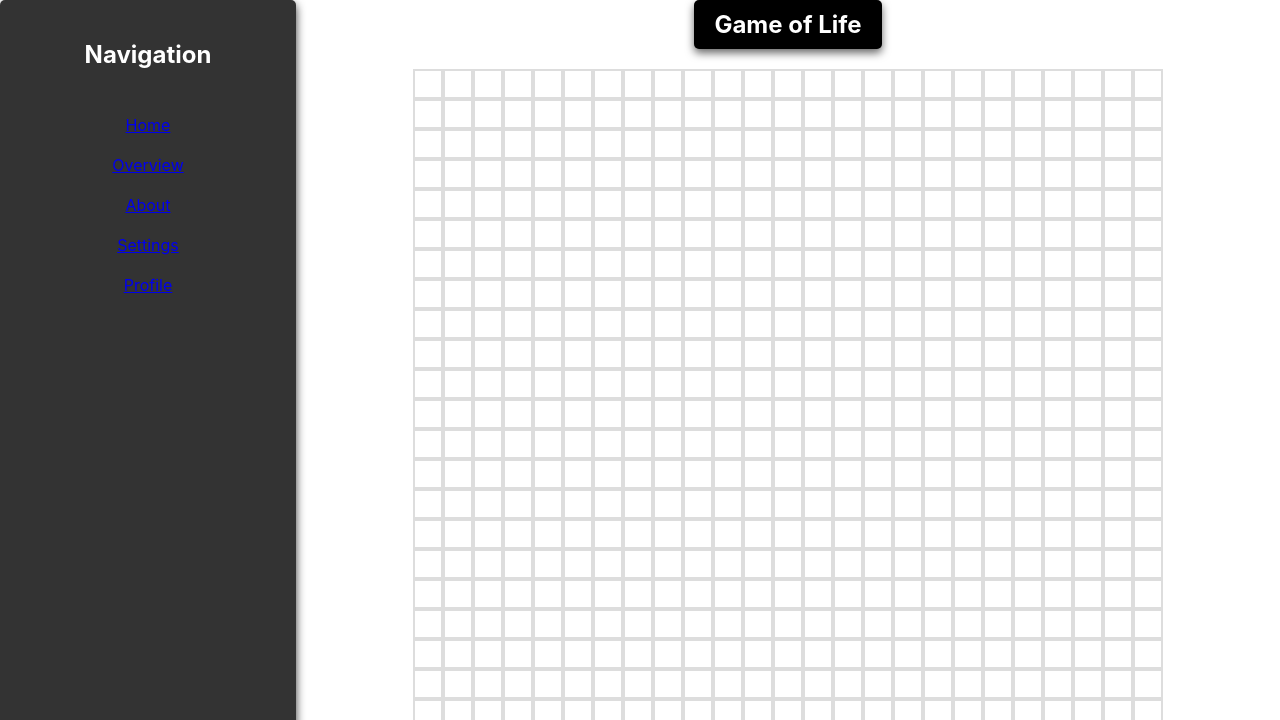
Repository: MarioDiekmann/GameOfLife
Page: /
These files come from the project's save history. The page is drawn as it stood at one moment and after the next save; the edit follows.
The browser window is 1280 px wide. The pictures show the whole page.
An inner scrolling area shows only its first screen. The project was rebuilt for these pictures with package versions that can differ from the ones it lists, and the page was loaded fresh each time. Also part of the build but not shown: src/components/InputForm.js, src/components/LoadPatternForm.js, src/components/RegistrationForm.js, src/components/LoginForm.js, src/pages/Overview.js.

Above is the page before, as saved 2024-11-08 00:29:20.

### src/App.js
import React from 'react';
import { BrowserRouter as Router, Route, Routes } from 'react-router-dom';
import Game from './components/Game';
import Overview from './pages/Overview';
import './App.css';
import {AuthProvider} from './AuthContext';


function App() {
  return (
    <AuthProvider>
    <Router>
      <div className="App">
        <Routes>
          <Route path="/" element={<Game/>} />
          <Route path="/Overview" element={<Overview/>} />
        </Routes>
      </div>
    </Router>
    </AuthProvider>
  );
}

export default App;

### src/AuthContext.js
import React, { createContext, useState, useEffect, useRef, useCallback } from 'react';

export const AuthContext = createContext();

export const AuthProvider = ({ children }) => {
    const [token, setToken] = useState(localStorage.getItem('authToken'));
    const tokenRef = useRef(token);
    const expirationCheckInterval = useRef(null);

    const isTokenExpired = (token) => {
        if (!token) return true;
        try {
            const { exp } = JSON.parse(atob(token.split('.')[1]));
            return Date.now() >= exp * 1000;
        } catch (error) {
            console.error('Error checking token expiration:', error);
            return true;
        }
    };

    const handleLogout = useCallback(() => {
        console.log('Logging out, clearing token');
        localStorage.removeItem('authToken');
        setToken(null);
        tokenRef.current = null;
        clearInterval(expirationCheckInterval.current);
    }, []);

    const handleExpirationAlert = useCallback(() => {
        console.log('Session expired, alerting user');
        alert('Your session has expired. Please log in again.');
        handleLogout();
    }, [handleLogout]);

    const handleLogin = (newToken) => {
        console.log('Logging in with new token:', newToken);
        localStorage.setItem('authToken', newToken);
        setToken(newToken);
        tokenRef.current = newToken;

        // Check for expiration immediately
        if (isTokenExpired(newToken)) {
            handleExpirationAlert();
        } else {
            startExpirationCheck();
        }
    };

    const startExpirationCheck = useCallback(() => {
        console.log('Starting expiration check interval');
        clearInterval(expirationCheckInterval.current);
        expirationCheckInterval.current = setInterval(() => {
            console.log('Interval tick, checking token expiration');
            if (isTokenExpired(tokenRef.current)) {
                handleExpirationAlert();
            }
        }, 1000);
    }, [handleExpirationAlert]);

    useEffect(() => {
        console.log('useEffect triggered: token is', token);
        tokenRef.current = token;

        if (token) {
            console.log('Token is set, starting expiration check');
            startExpirationCheck();
        } else {
            console.log('No token, clearing interval');
            clearInterval(expirationCheckInterval.current);
        }

        return () => {
            console.log('Clearing interval on unmount or dependency change');
            clearInterval(expirationCheckInterval.current);
        };
    }, [token, startExpirationCheck]);

    return (
        <AuthContext.Provider value={{ token, handleLogin, handleLogout }}>
            {children}
        </AuthContext.Provider>
    );
};

### src/components/Cell.js
import React, { useEffect, useState } from 'react';
import './Cell.css';

const Cell = ({ isAlive, onClick, numResizes }) => {
  const [cellSize, setCellSize] = useState(0);

  useEffect(() => {
    // Update cell size based on screen width and height
    const updateCellSize = () => {
      const screenWidth = window.innerWidth;
      const screenHeight = window.innerHeight;

      // Calculate the number of cells that can fit horizontally and vertically
      const cellsPerRow = Math.floor(screenWidth / 30);
      const cellsPerColumn = Math.floor(screenHeight / 30);

      // Choose the smaller of the two values to ensure the grid fits within the screen
      const screenCellSize = Math.min(screenWidth / cellsPerRow, screenHeight / cellsPerColumn);

      // Apply resizing logic with numResizes
      const finalCellSize = screenCellSize / Math.pow(2, numResizes);

      setCellSize(finalCellSize);
    };

    // Call once on mount and whenever the window is resized
    updateCellSize();
    window.addEventListener('resize', updateCellSize);

    return () => {
      window.removeEventListener('resize', updateCellSize);
    };
  }, [numResizes]);

  return (
    <div
      className={`cell ${isAlive ? 'alive' : 'dead'}`}
      onClick={onClick}
      style={{
        width: `${cellSize}px`,
        height: `${cellSize}px`,
      }}
    ></div>
  );
};

export default Cell;

### src/components/Game.css
/* Set the html and body to occupy the full viewport height */
html, body {
    min-height: 100vh;
    height: 100vh;
    margin: 0;
    overflow: hidden; /* Prevent scrolling */
}

#root, .Game-container {
    height: 100%;
    display: flex;
    flex-direction: column;
}

/* Center and control the size of the grid and buttons container */
.grid-container {
    flex-grow: 1;
    overflow: auto;
    display: flex;
    flex-direction: column;
    align-items: center;
    justify-content: center;
    max-height: 70vh; /* Limit grid height */
}

.button-container {
    display: flex;
    justify-content: center;
    margin-top: 10px;
}

.banner {
    background-color: black;
    padding: 10px 20px;
    text-align: center;
    box-shadow: 0 4px 8px rgba(0, 0, 0, 0.6);
    border-radius: 5px;
}

.banner h1 {
    color: white;
    font-size: 2.5em;
    text-shadow: 2px 2px 5px rgba(0, 0, 0, 0.8);
    margin: 0;
}

.button {
    background-color: black;
    color: white;
    padding: 10px 20px;
    border: none;
    border-radius: 5px;
    cursor: pointer;
    margin: 5px;
    text-shadow: 2px 2px 5px rgba(0, 0, 0, 0.8);
}

.button:hover {
    background-color: #333;
}

.button:disabled {
    background-color: #ccc;
    color: #666;
    cursor: not-allowed;
}

/* Overlay for modals */
.popup-overlay {
    position: fixed;
    top: 0;
    left: 0;
    width: 100vw;
    height: 100vh;
    background: rgba(0, 0, 0, 0.5);
    display: flex;
    justify-content: center;
    align-items: center;
    z-index: 1000;
}

.popup-content {
    background: white;
    padding: 20px;
    border-radius: 8px;
    box-shadow: 0 4px 8px rgba(0, 0, 0, 0.1);
    width: 300px;
}

### src/components/NavBar.js
import React from 'react';
import { Link } from 'react-router-dom';
import './NavBar.css';

const NavBar = () => {
    const navItems = [
        { name: "Home", path: "/" },
        { name: "Overview", path: "/Overview" },
        { name: "About", path: "/about" },
        { name: "Settings", path: "/settings" },
        { name: "Profile", path: "/profile" },
    ];

    return (
        <div className="navbar">
            <h2>Navigation</h2>
            <ul>
                {navItems.map((item, index) => (
                    <li key={index}>
                        <Link to={item.path}>{item.name}</Link>
                    </li>
                ))}
            </ul>
        </div>
    );
};

export default NavBar;

### src/pages/Overview.css
/* Overview.css */
.overview-container {
    display: flex;
    height: 100vh;
}

.navbar {
    width: 20%;
    background-color: #333;
    color: #fff;
    display: flex;
    flex-direction: column;
    align-items: center;
    padding-top: 20px;
    min-height: 100%;
}

.content {
    flex: 1;
    display: flex;
    flex-direction: column;
    align-items: center;
    padding: 20px;
}

.banner h1 {
    color: white;
    font-size: 1.5em;
    text-shadow: 1px 1px 2px rgba(0, 0, 0, 0.5);
    margin: 0;
}

.text-content {
    margin-top: 20px;
    color: #333;
    text-align: center;
    font-size: 1.2em;
}

### src/components/Cell.css
/* Ensure no margin between rows or cells */
.row {
  display: flex; /* Align cells in a row without any gap */
  margin: 0; /* Remove any margin */
  padding: 0; /* Remove any padding */
}

/* No margin or padding for cells */
.cell {
  display: inline-flex;
  border: 2px solid #ddd;
  box-sizing: border-box;
  transition: background-color 0.3s;
  margin: 0; /* Remove margin */
  padding: 0; /* Remove padding */
}

.cell.alive {
  background-color: black;
}

.cell.dead {
  background-color: white;
}

### src/components/NavBar.css
.navbar {
    background-color: black;            /* Black background */
    color: white;                       /* White text color */
    padding: 20px;                      /* Padding around the content */
    width: 200px;                       /* Set width for the navbar */
    box-shadow: 0 4px 10px rgba(0, 0, 0, 0.8); /* Add shadow */
    border-radius: 5px;                /* Rounded corners */
    height: 100%;                       /* Full height */
}

.navbar h2 {
    text-align: center;                 /* Center header text */
    margin-bottom: 20px;                /* Space below the header */
}

/* Other styles remain unchanged */


.navbar ul {
    list-style-type: none;              /* Remove default list styles */
    padding: 0;                         /* Remove padding */
}

.navbar li {
    padding: 10px;                      /* Padding for each item */
    cursor: pointer;                    /* Pointer cursor on hover */
    text-align: center;                 /* Center text */
    transition: background-color 0.3s;  /* Smooth background change */
}

.navbar li:hover {
    background-color: #444;             /* Change background on hover */
}

Loaded but not shown: public/index.html (common file); src/index.js (common file); src/index.css (common file); src/reportWebVitals.js (common file); src/App.css (common file); src/components/Game.js (342 lines, source omitted)

After the next save:
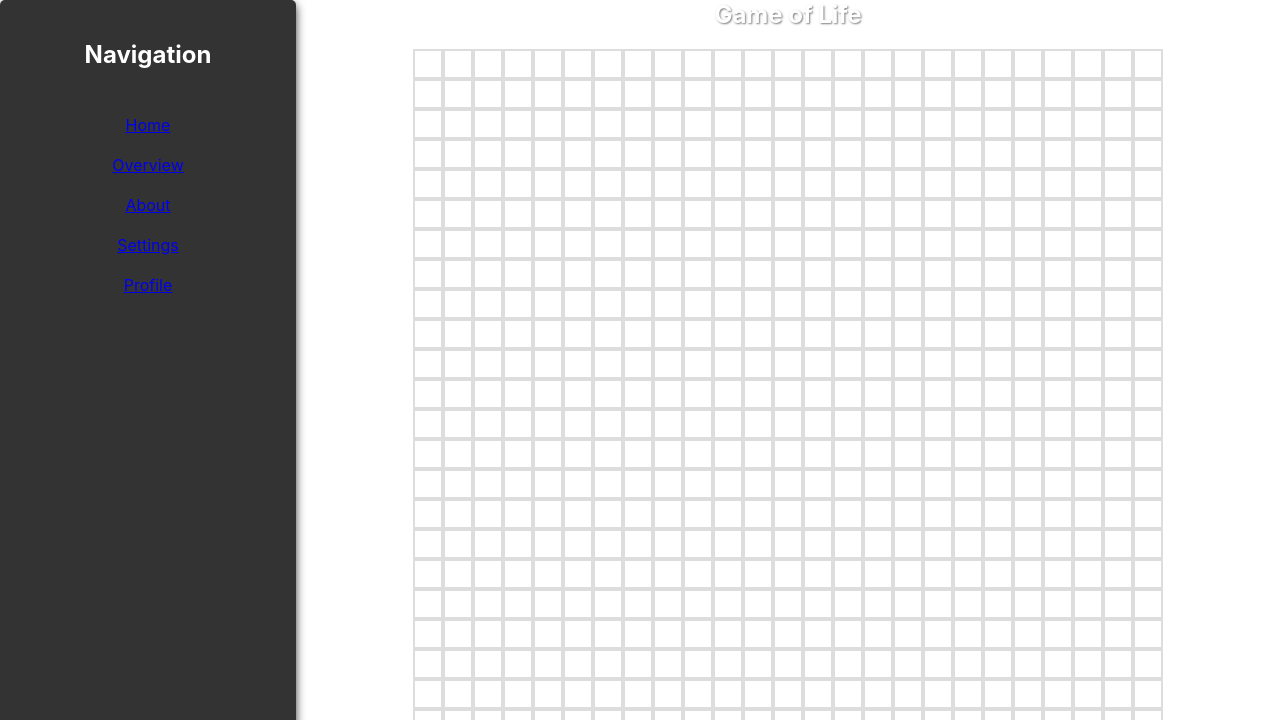
Saved 48 min 57 s later.
--- a/src/components/Game.css
+++ b/src/components/Game.css
@@ -1,88 +1,38 @@
-/* Set the html and body to occupy the full viewport height */
-html, body {
-    min-height: 100vh;
-    height: 100vh;
+/* Ensure root-level elements occupy the entire viewport */
+html, body, #root {
+    height: 100%;
     margin: 0;
-    overflow: hidden; /* Prevent scrolling */
+    overflow: hidden; /* No page scroll */
 }
 
-#root, .Game-container {
-    height: 100%;
+.Game-container {
     display: flex;
     flex-direction: column;
+    height: 100%; /* Full height */
+    overflow: hidden;
 }
 
-/* Center and control the size of the grid and buttons container */
+/* Limit grid size to avoid overflow on smaller screens */
 .grid-container {
     flex-grow: 1;
+    max-height: calc(100vh - 150px); /* Adjust based on header/buttons */
     overflow: auto;
     display: flex;
     flex-direction: column;
     align-items: center;
-    justify-content: center;
-    max-height: 70vh; /* Limit grid height */
 }
 
 .button-container {
+    flex-shrink: 0; /* Ensure buttons stay visible */
     display: flex;
     justify-content: center;
-    margin-top: 10px;
 }
 
-.banner {
-    background-color: black;
-    padding: 10px 20px;
-    text-align: center;
-    box-shadow: 0 4px 8px rgba(0, 0, 0, 0.6);
-    border-radius: 5px;
-}
-
-.banner h1 {
-    color: white;
-    font-size: 2.5em;
-    text-shadow: 2px 2px 5px rgba(0, 0, 0, 0.8);
-    margin: 0;
-}
-
-.button {
-    background-color: black;
-    color: white;
-    padding: 10px 20px;
-    border: none;
-    border-radius: 5px;
-    cursor: pointer;
-    margin: 5px;
-    text-shadow: 2px 2px 5px rgba(0, 0, 0, 0.8);
-}
-
-.button:hover {
-    background-color: #333;
-}
-
-.button:disabled {
-    background-color: #ccc;
-    color: #666;
-    cursor: not-allowed;
-}
-
-/* Overlay for modals */
+/* Popup overlays to cover the entire viewport */
 .popup-overlay {
-    position: fixed;
-    top: 0;
-    left: 0;
     width: 100vw;
     height: 100vh;
-    background: rgba(0, 0, 0, 0.5);
     display: flex;
     justify-content: center;
     align-items: center;
-    z-index: 1000;
 }
-
-.popup-content {
-    background: white;
-    padding: 20px;
-    border-radius: 8px;
-    box-shadow: 0 4px 8px rgba(0, 0, 0, 0.1);
-    width: 300px;
-}

After the save that followed:
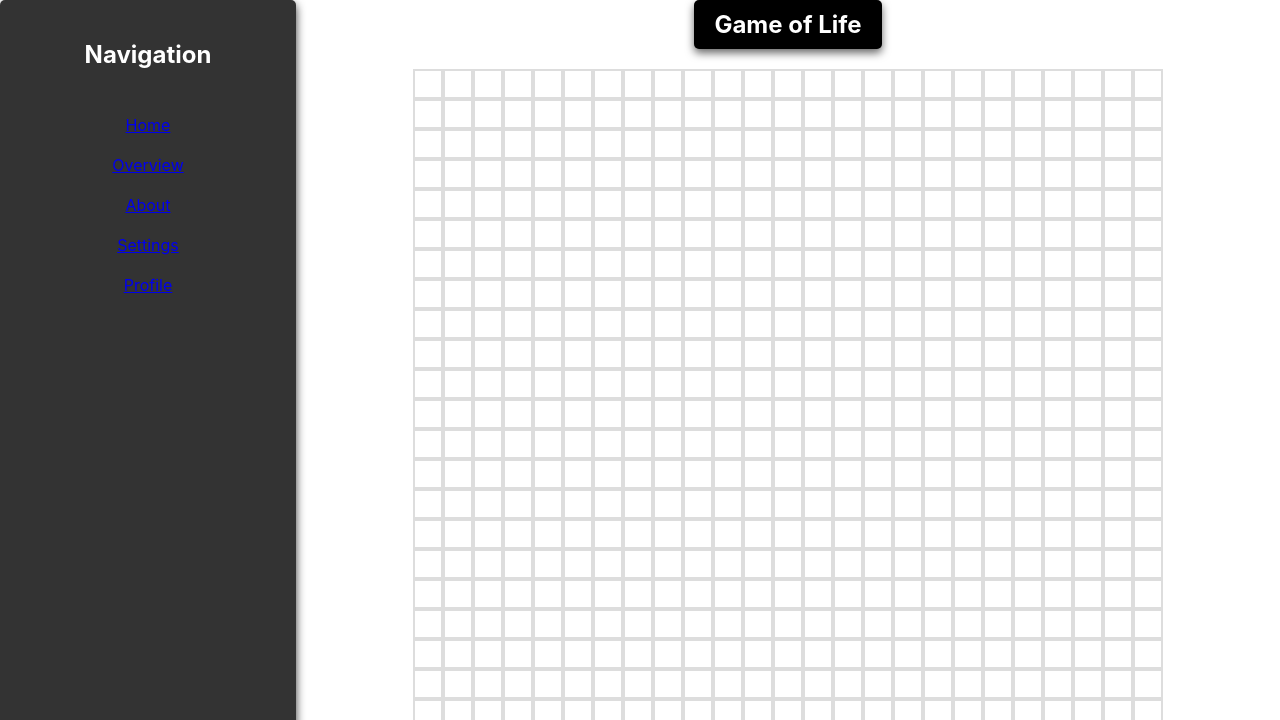
Saved 19 s later.
--- a/src/components/Game.css
+++ b/src/components/Game.css
@@ -1,38 +1,88 @@
-/* Ensure root-level elements occupy the entire viewport */
-html, body, #root {
-    height: 100%;
+/* Set the html and body to occupy the full viewport height */
+html, body {
+    min-height: 100vh;
+    height: 100vh;
     margin: 0;
-    overflow: hidden; /* No page scroll */
+    overflow: hidden; /* Prevent scrolling */
 }
 
-.Game-container {
+#root, .Game-container {
+    height: 100%;
     display: flex;
     flex-direction: column;
-    height: 100%; /* Full height */
-    overflow: hidden;
 }
 
-/* Limit grid size to avoid overflow on smaller screens */
+/* Center and control the size of the grid and buttons container */
 .grid-container {
     flex-grow: 1;
-    max-height: calc(100vh - 150px); /* Adjust based on header/buttons */
     overflow: auto;
     display: flex;
     flex-direction: column;
     align-items: center;
+    justify-content: center;
+    max-height: 70vh; /* Limit grid height */
 }
 
 .button-container {
-    flex-shrink: 0; /* Ensure buttons stay visible */
     display: flex;
     justify-content: center;
+    margin-top: 10px;
 }
 
-/* Popup overlays to cover the entire viewport */
+.banner {
+    background-color: black;
+    padding: 10px 20px;
+    text-align: center;
+    box-shadow: 0 4px 8px rgba(0, 0, 0, 0.6);
+    border-radius: 5px;
+}
+
+.banner h1 {
+    color: white;
+    font-size: 2.5em;
+    text-shadow: 2px 2px 5px rgba(0, 0, 0, 0.8);
+    margin: 0;
+}
+
+.button {
+    background-color: black;
+    color: white;
+    padding: 10px 20px;
+    border: none;
+    border-radius: 5px;
+    cursor: pointer;
+    margin: 5px;
+    text-shadow: 2px 2px 5px rgba(0, 0, 0, 0.8);
+}
+
+.button:hover {
+    background-color: #333;
+}
+
+.button:disabled {
+    background-color: #ccc;
+    color: #666;
+    cursor: not-allowed;
+}
+
+/* Overlay for modals */
 .popup-overlay {
+    position: fixed;
+    top: 0;
+    left: 0;
     width: 100vw;
     height: 100vh;
+    background: rgba(0, 0, 0, 0.5);
     display: flex;
     justify-content: center;
     align-items: center;
+    z-index: 1000;
 }
+
+.popup-content {
+    background: white;
+    padding: 20px;
+    border-radius: 8px;
+    box-shadow: 0 4px 8px rgba(0, 0, 0, 0.1);
+    width: 300px;
+}
